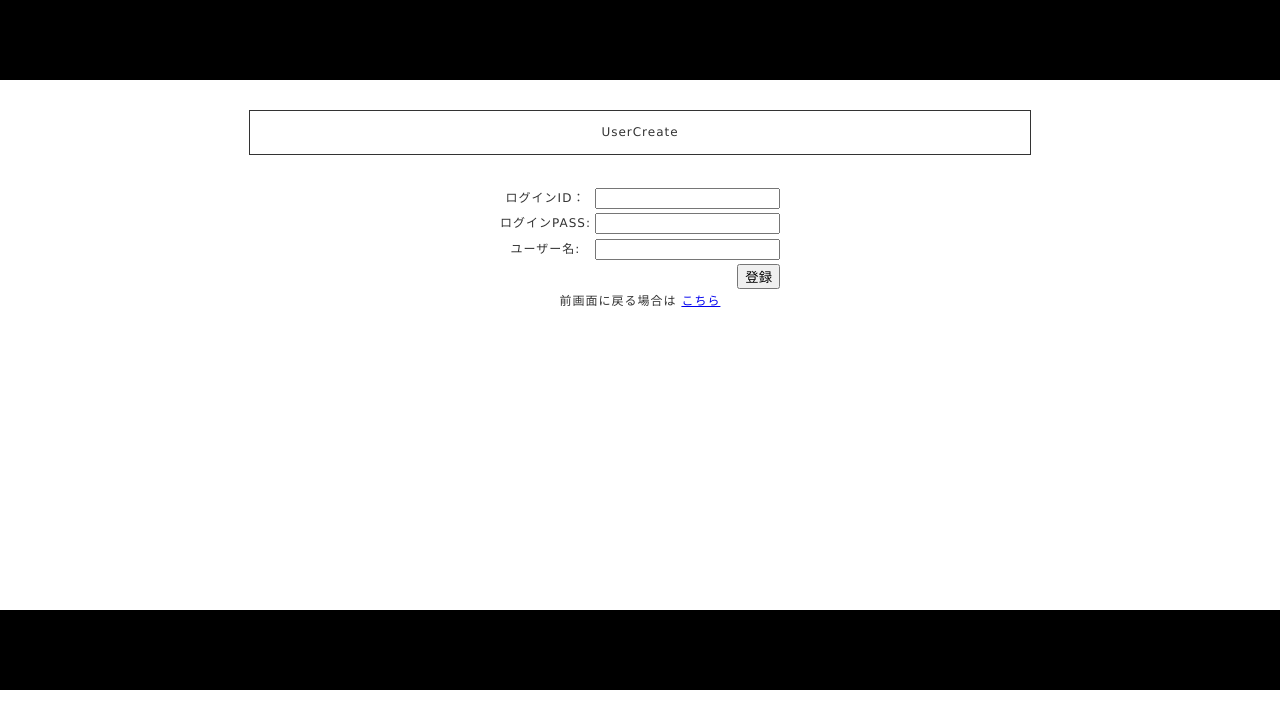
Repository: 0606kuramotomiho/test
Page: http://localhost/ecsite2/userCreateConfirm.jsp
These files come from the project's save history. The page is drawn as it stood at one moment and after the next save; the edit follows.
The browser window is 1280 px wide. The pictures show the whole page.
The page is served by Tomcat 9. Other server files are loaded and not shown.

Above is the page before, as saved 2018-07-25 01:32:32.

### ecsite2/WebContent/userCreateConfirm.jsp
<%@ page language="java" contentType="text/html; charset=UTF-8"
    pageEncoding="UTF-8"%>
<%@ taglib prefix="s" uri="/struts-tags" %>
<!DOCTYPE html>
<html>
<head>
<meta http-equiv="Content-Type" content="text/html; charset=UTF-8" />
<meta http-equiv="Content-Style-Type" content="text/css" />
<meta http-equiv="Content-Script-Type" content="text/javascript" />
<meta http-equiv="imagetoolbar" content="no" />
<meta name="description" content=""/>
<meta name="keywords" content="" />
<title>UserCreate画面</title>

<style type="text/css">
body{
	margin: 0;
	padding: 0;
	line-height: 1.6;
	letter-spacing: 1px;
	font-family: Verdana, Helvetica, sans-serif;
	font-size: 12px;
	color: #333;
	background: #fff;
	}

table{
	text-align: center;
	margin: 0 auto;
	}

#top{
	width: 780px;
	margin: 30px auto;
	border: 1px solid #333;
	}

#header{
	width: 100%;
	height: 80px;
	background-color: black;
	}

#main{
	width: 100%;
	height: 500px;
	text-align: center;
	}

#footer{
	width: 100%;
	height: 80px;
	background-color: black;
	clear: both;
	}

</style>
</head>
<body>
	<div id="header">
		<div id="pr">
		</div>
	</div>
	<div id="main">
		<div id="top">
			<p>UserCreate</p>
		</div>
		<div>
			<s:if test="errorMassage != ''">
				<s:property value="errorMassage" escape="false" />
			</s:if>
			<table>
			<s:form action="UserCreateConfirmAction">
				<tr>
					<td>
						<label>ログインID：</label>
					</td>
					<td>
						<input type="text" name="loginUserId" value="" />
					</td>
				</tr>
				<tr>
					<td>
						<label>ログインPASS:</label>
					</td>
					<td>
						<input type="text" name="loginPasseord" value="" />
					</td>
				</tr>
				<tr>
					<td>
						<label>ユーザー名:</label>
					</td>
					<td>
						<input type="text" name="userName" value="" />
					</td>
				</tr>
				<s:submit value="登録" />
			</s:form>
			</table>
			<div>
				<span>前画面に戻る場合は</span>
				<a href='<s:url action="HomeAction" />'>こちら</a>
			</div>
		</div>
	</div>
	<div id="footer">
		<div id="pr">
		</div>
	</div>

</body>
</html>

After the next save:
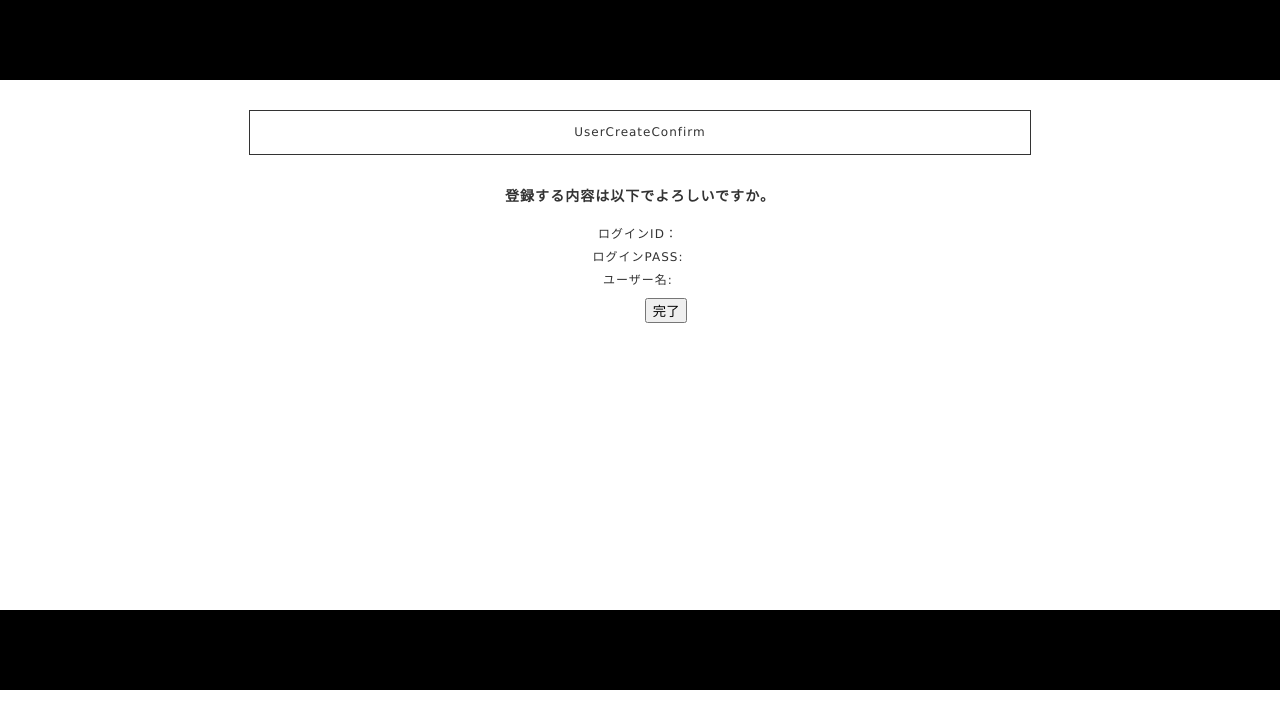
Saved 19 min 3 s later.
--- a/ecsite2/WebContent/userCreateConfirm.jsp
+++ b/ecsite2/WebContent/userCreateConfirm.jsp
@@ -10,7 +10,7 @@
 <meta http-equiv="imagetoolbar" content="no" />
 <meta name="description" content=""/>
 <meta name="keywords" content="" />
-<title>UserCreate画面</title>
+<title>UserCreateConfirm画面</title>
 
 <style type="text/css">
 body{
@@ -63,45 +63,44 @@
 	</div>
 	<div id="main">
 		<div id="top">
-			<p>UserCreate</p>
+			<p>UserCreateConfirm</p>
 		</div>
 		<div>
-			<s:if test="errorMassage != ''">
-				<s:property value="errorMassage" escape="false" />
-			</s:if>
-			<table>
-			<s:form action="UserCreateConfirmAction">
-				<tr>
-					<td>
-						<label>ログインID：</label>
-					</td>
-					<td>
-						<input type="text" name="loginUserId" value="" />
-					</td>
-				</tr>
-				<tr>
-					<td>
-						<label>ログインPASS:</label>
-					</td>
-					<td>
-						<input type="text" name="loginPasseord" value="" />
-					</td>
-				</tr>
-				<tr>
-					<td>
-						<label>ユーザー名:</label>
-					</td>
-					<td>
-						<input type="text" name="userName" value="" />
-					</td>
-				</tr>
-				<s:submit value="登録" />
+					<h3>登録する内容は以下でよろしいですか。</h3>
+					<table>
+						<s:form action="UserCreateCompleteAction">
+					<tr id="box">
+						<td>
+
+							<label>ログインID：</label>
+						</td>
+						<td>
+							<s:property value="loginUserId" escape="false" />
+						</td>
+					</tr>
+					<tr id="box">
+						<td>
+							<label>ログインPASS:</label>
+						</td>
+						<td>
+							<s:property value="loginPassword" escape="false" />
+						</td>
+					</tr>
+					<tr id="box">
+						<td>
+							<label>ユーザー名:</label>
+						</td>
+						<td>
+							<s:property value="userName" escape="false" />
+						</td>
+					</tr>
+					<tr>
+						<td>
+							<s:submit value="完了" />
+						</td>
+					</tr>
 			</s:form>
 			</table>
-			<div>
-				<span>前画面に戻る場合は</span>
-				<a href='<s:url action="HomeAction" />'>こちら</a>
-			</div>
 		</div>
 	</div>
 	<div id="footer">
